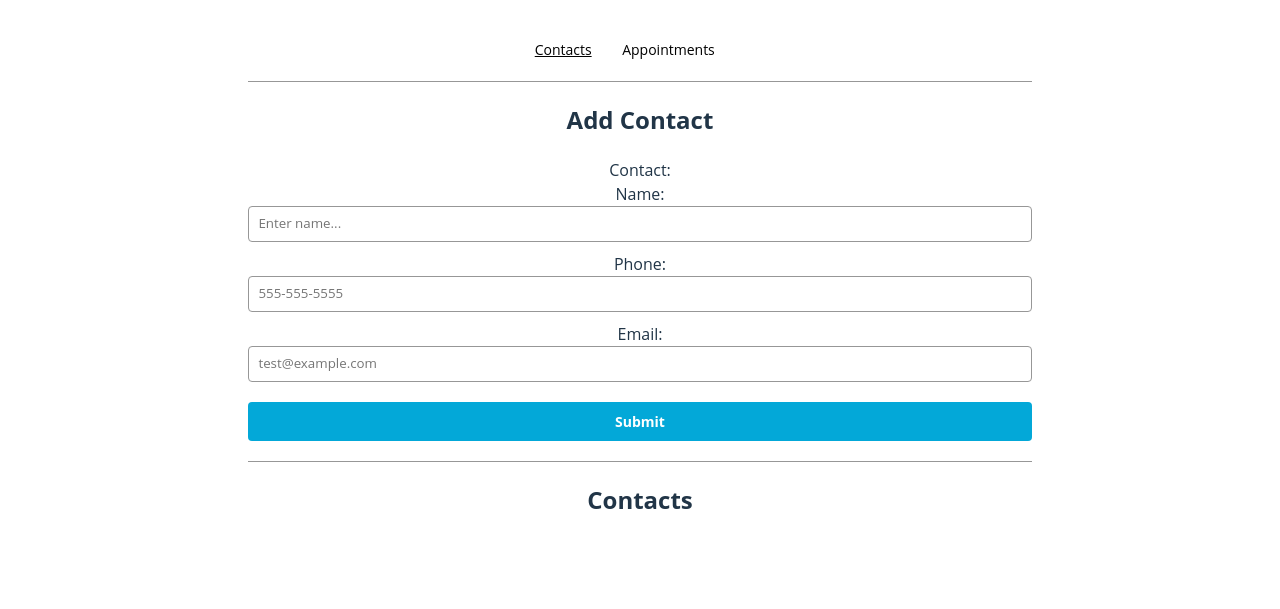
Repository: dnmyers/appointment-planner-v2.0
Page: /contacts
These files come from the project's save history. The page is drawn as it stood at one moment and after the next save; the edit follows.
The browser window is 1280 px wide. The pictures show the whole page.
The project was rebuilt for these pictures with package versions that can differ from the ones it lists, and the page was loaded fresh each time. Also part of the build but not shown: vite.config.js, src/components/contactPicker/ContactPicker.jsx, src/components/appointmentForm/AppointmentForm.jsx, src/containers/appointmentsPage/AppointmentsPage.jsx.

Above is the page before, as saved 2023-08-14 18:02:03.

### index.html
<!doctype html>
<html lang="en">
  <head>
    <meta charset="UTF-8" />
    <meta name="viewport" content="width=device-width, initial-scale=1.0" />
    <title>Appointments</title>
    <link rel="stylesheet" href="index.css" />
  </head>
  <body>
    <noscript>You need to enable JavaScript to run this app.</noscript>
    <div id="root"></div>
    <script type="module" src="/src/main.jsx"></script>
  </body>
</html>

### index.css
#root {
    padding: 30px;
    font-family: "Open Sans", sans-serif;
}

nav > a {
    font-style: normal;
    font-weight: normal;
    font-size: 14px;
    color: #000;
    margin-right: 30.5px;
    text-decoration-line: none;
}

nav > a.active {
    text-decoration-line: underline;
}

nav {
    padding-bottom: 20px;
    border-bottom: 1px solid #979797;
    margin-bottom: 20px;
}

h3 {
    font-weight: bold;
    font-size: 18px;
    color: #000;
    margin: 0;
    margin-bottom: 18px;
}

section {
}

hr {
    border: none;
    border-top: 1px solid #979797;
    margin: 20px 0;
}

input[type="submit"] {
    background: #03a8d8;
    border-radius: 4px;
    color: #fff;
    font-weight: bold;
    font-size: 14px;
    border: none;
    outline: none;
    padding: 10px 0;
    width: 100%;
    font-family: "Open Sans", sans-serif;
    margin-top: 10px;
    margin-bottom: 0px;
}

input[type="submit"] {
    cursor: pointer;
}

input,
select {
    font-family: "Open Sans", sans-serif;
    background: #fff;
    border: 1px solid #979797;
    border-radius: 4px;
    padding: 7px 9.5px 9px 9.5px;
    outline: none;
    width: 100%;
    margin-bottom: 10px;
    box-sizing: border-box;
}

.tile {
    margin: 0;
    font-size: 14px;
    margin-bottom: 4px;
}

.tile.tile-title {
    font-weight: bold;
}

.tile-container {
    margin-bottom: 20px;
}

### src/App.jsx
import { useState } from "react";
import {
    RouterProvider,
    createBrowserRouter,
    createRoutesFromElements,
    Route,
    Navigate,
    useRouteError
} from "react-router-dom";

import Root, { ROUTES } from "./components/root/Root";
import { AppointmentsPage } from "./containers/AppointmentsPage/AppointmentsPage";
import { ContactsPage } from "./containers/contactsPage/ContactsPage";

import "./App.css";

function App() {
    // Define state variables for contacts and appointments
    const [contacts, setContacts] = useState([
        {
            name: 'Sample Contact',
            description: {
                phone: '555-555-5555',
                email: 'sample@example.com'
            }
        },
    ]);
    console.log("🚀 ~ file: App.jsx:26 ~ App ~ contacts:", contacts)

    const [appointments, setAppointments] = useState([
        {
            name: 'Sample Appointment',
            description: {
                contact: 'Sample Contact',
                date: '08/12/2023',
                time: '11:59 PM'
            }
        },
    ]);
    console.log("🚀 ~ file: App.jsx:34 ~ App ~ appointments:", appointments)

    // Implement functions to add data to contacts and appointments
    const addContact = ({ name, phone, email }) => {
        const contact = {
            name,
            description: {
                phone,
                email,
            }
        };
        console.log("🚀 ~ file: App.jsx:45 ~ addContact ~ contact:", contact)

        setContacts(prevContacts => [...prevContacts, contact]);
    };

    const addAppointment = ({ name, contact, date, time }) => {
        const appointment = {
            name,
            description: {
                contact,
                date,
                time,
            }
        };
        console.log("🚀 ~ file: App.jsx:57 ~ addAppointment ~ appointment:", appointment)

        setAppointments(appointments => [...appointments, appointment]);
    };

	const router = createBrowserRouter(createRoutesFromElements(
		<Route path='/' element={<Root />} errorElement={<ErrorBoundary />}>
			<Route index element={<Navigate to={ROUTES.CONTACTS} replace />} />
			<Route path={ROUTES.CONTACTS} element={     // CONTACTS
				<ContactsPage                           // ContactsPage
					contacts={contacts}                 // Contacts
					addContact={addContact}             // Add contact
				/>
			} />
			<Route path={ROUTES.APPOINTMENTS} element={ // APPOINTMENTS
				<AppointmentsPage                       // AppointmentsPage
					appointments={appointments}         // Appointments
					contacts={contacts}                 // Contacts
					addAppointment={addAppointment}     // Add appointment
				/>
			} />
		</Route>
	));

    function ErrorBoundary() {
        let error = useRouteError();

        console.error(error);
        return (
            <>
                <div>Dang!</div>
                <div>An unexpected error happened.  Please try again.</div>
            </>
        )
    }

	return (
		<RouterProvider router={router} />
	);
}

export default App;

### src/components/root/Root.jsx
import { Outlet, NavLink } from 'react-router-dom';

export const ROUTES = {
    CONTACTS: "/contacts",
    APPOINTMENTS: "/appointments",
};

function Root() {
    return (
        <>
            <nav>
                <NavLink to={ROUTES.CONTACTS}>
                    Contacts
                </NavLink>
                <NavLink to={ROUTES.APPOINTMENTS}>
                    Appointments
                </NavLink>
            </nav>
            <Outlet />
        </>
    );
}

export default Root;

### src/containers/contactsPage/ContactsPage.jsx
import { useState, useEffect } from 'react';
import PropTypes from 'prop-types';

import { ContactForm } from '../../components/contactForm/ContactForm';
import { TileList } from '../../components/tileList/TileList';

export const ContactsPage = ({ contacts, addContact }) => {
    console.log("🚀 ~ file: ContactsPage.jsx:8 ~ ContactsPage ~ addContact:", addContact)
    console.log("🚀 ~ file: ContactsPage.jsx:8 ~ ContactsPage ~ contacts:", contacts)
    // Define state variables for contact info and duplicate check
    const [currentName, setCurrentName] = useState('');
    const [phone, setPhone] = useState('');
    const [email, setEmail] = useState('');
    const [duplicateName, setDuplicateName] = useState(false);

    // Check for contact name in the contacts array
    // variable in props
    useEffect(() => {
        if(contacts.indexOf(currentName) !== -1) {
            console.log("🚀 ~ file: ContactsPage.jsx:22 ~ useEffect ~ contacts:", contacts)
            alert(`Contact ${currentName} already exists`);
            setDuplicateName(true);
        }

        console.log("🚀 ~ file: ContactsPage.jsx:27 ~ ContactsPage ~ contacts:", contacts)
        console.log("🚀 ~ file: ContactsPage.jsx:40 ~ ContactsPage ~ currentName:", currentName)
    }, [currentName, contacts]);


    const handleSubmit = (e) => {
        console.log("ContactPage - handleSubmit called.  duplicateName: ", duplicateName);
        e.preventDefault();

        // Add contact info and clear data if the contact
        // name is not a duplicate
        if(!duplicateName) {
            console.log("🚀 ~ file: ContactsPage.jsx:32 ~ handleSubmit ~ duplicateName:", duplicateName)

            addContact({
                name: currentName,
                description: {
                    phone: phone,
                    email: email,
                },
            });

            /* Empty form fields */
            setCurrentName('');
            setPhone('');
            setEmail('');
        } else {
            alert("Duplicate contact.  Please enter a different name.");

            /* Empty form fields */
            setCurrentName('');
            setPhone('');
            setEmail('');
        }
    };

    return (
        <div>
            <section>
                <h2>Add Contact</h2>
                <ContactForm
                    name={currentName}
                    setName={setCurrentName}
                    phone={phone}
                    setPhone={setPhone}
                    email={email}
                    setEmail={setEmail}
                    handleSubmit={handleSubmit}
                />
            </section>
            <hr />
            <section>
                <h2>Contacts</h2>
                <TileList contacts={contacts} />
            </section>
        </div>
    );
};

ContactsPage.propTypes = {
    contacts: PropTypes.arrayOf(PropTypes.object),
    addContact: PropTypes.func,
};

### src/components/tileList/TileList.jsx
/* eslint-disable react/prop-types */
import { Tile } from '../tile/Tile';

import './TileList.css';

export const TileList = ({ contacts }) => {
    console.log("TileList - data: " + JSON.stringify(contacts));

    return (
        <div className="tile-list">
            <div>Contacts:</div>
            {
                contacts &&
                    contacts.map((object, index) => {
                        const { name, description } = object;
                        console.log("🚀 ~ file: TileList.jsx:13 ~ data.map ~ object:", object);
                        console.log("🚀 ~ file: TileList.jsx:13 ~ data.map ~ description:", description);
                        console.log("🚀 ~ file: TileList.jsx:13 ~ data.map ~ name:", name);

                        return (
                            <Tile
                                key={index}
                                name={name}
                                description={description}
                            />
                        );
                    })

            }
        </div>
    );
};

export default TileList;

### src/components/contactForm/ContactForm.jsx
import PropTypes from 'prop-types';

import './ContactForm.css';

export const ContactForm = ({
    name,
    setName,
    phone,
    setPhone,
    email,
    setEmail,
    handleSubmit
}) => {
    console.log("ContactForm - name: " + name + ", phone: " +  phone + ", email: " + email);
    return (
        <>
            <div>Contact:</div>
            <form onSubmit={handleSubmit}>
                <label htmlFor="name">Name:
                    <input
                        type="text"
                        name="name"
                        id="name"
                        value={name}
                        placeholder='Enter name...'
                        onChange={e => setName(e.target.value)}
                    />
                </label>
                <label htmlFor="phone">Phone:
                    <input
                        type="tel"
                        name="phone"
                        id="phone"
                        value={phone}
                        placeholder='555-555-5555'
                        pattern="[1-9][0-9]{2}-[1-9][0-9]{2}-[0-9]{4}"
                        onChange={e => setPhone(e.target.value)}
                    />
                </label>
                <label htmlFor="email">Email:
                    <input
                        type="email"
                        name="email"
                        id="email"
                        value={email}
                        placeholder='test@example.com'
                        onChange={e => setEmail(e.target.value)}
                    />
                </label>
                <input type="submit" name="submit" id="submit" />
            </form>
        </>
    );
};

ContactForm.propTypes = {
    name: PropTypes.string,
    setName: PropTypes.func,
    phone: PropTypes.string,
    setPhone: PropTypes.func,
    email: PropTypes.string,
    setEmail: PropTypes.func,
    handleSubmit: PropTypes.func,
};

### src/components/tile/Tile.jsx
import PropTypes from 'prop-types';

export const Tile = ({ name, description }) => {
    const desc = Object.values(description);
    console.log("🚀 ~ file: Tile.jsx:5 ~ Tile ~ desc:", desc)

    return (
        <div className="tile-container">
            <p className="tile-title">{name}</p>
            {
                desc.map((description, i) => (
                    <p className="tile" key={i}>{description}</p>
                ))
            }
        </div>
    )
}

Tile.propTypes = {
    name: PropTypes.string,
    description: PropTypes.object
}

### src/components/tileList/TileList.css
.tile-list {
    color: white;
}

### src/components/contactForm/ContactForm.css
input {
    color: black;
}

Loaded but not shown: src/main.jsx (common file); src/index.css (common file); src/App.css (common file)

After the next save:
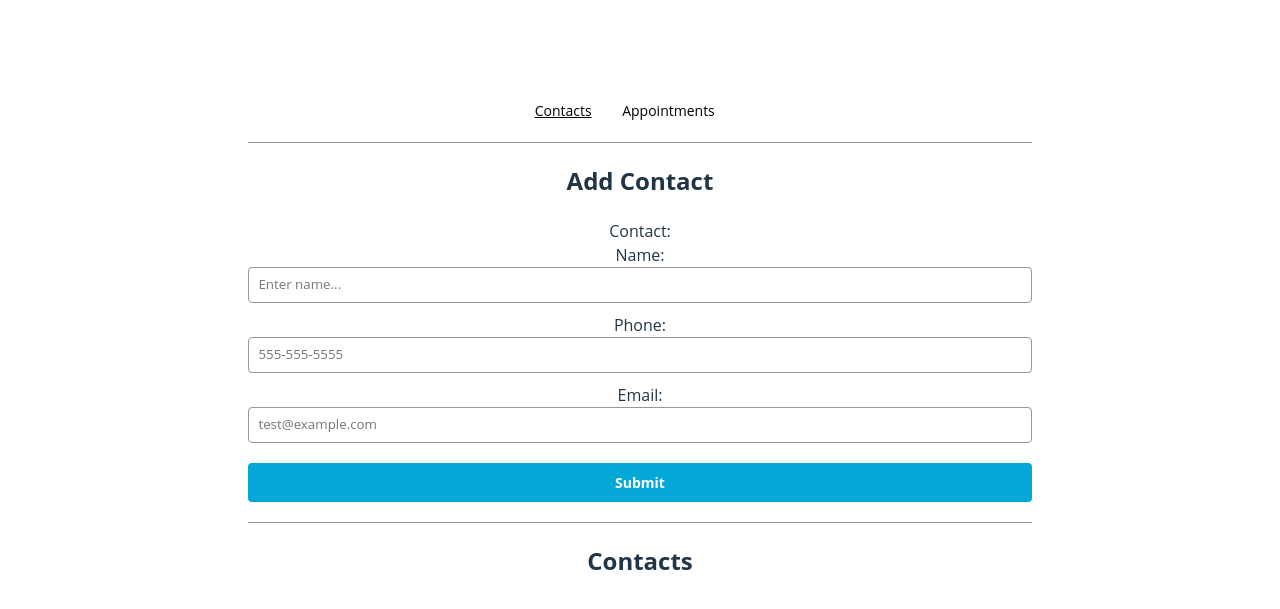
Saved 6 min 30 s later.
--- a/src/components/tileList/TileList.jsx
+++ b/src/components/tileList/TileList.jsx
@@ -3,16 +3,16 @@ import { Tile } from '../tile/Tile';
 
 import './TileList.css';
 
-export const TileList = ({ contacts }) => {
-    console.log("TileList - data: " + JSON.stringify(contacts));
+export const TileList = ({ data }) => {
+    console.log("TileList - data: " + JSON.stringify(data));
 
     return (
         <div className="tile-list">
             <div>Contacts:</div>
             {
-                contacts &&
-                    contacts.map((object, index) => {
-                        const { name, description } = object;
+                data &&
+                    data.map((object, index) => {
+                        const { name, ...description } = object;
                         console.log("🚀 ~ file: TileList.jsx:13 ~ data.map ~ object:", object);
                         console.log("🚀 ~ file: TileList.jsx:13 ~ data.map ~ description:", description);
                         console.log("🚀 ~ file: TileList.jsx:13 ~ data.map ~ name:", name);
